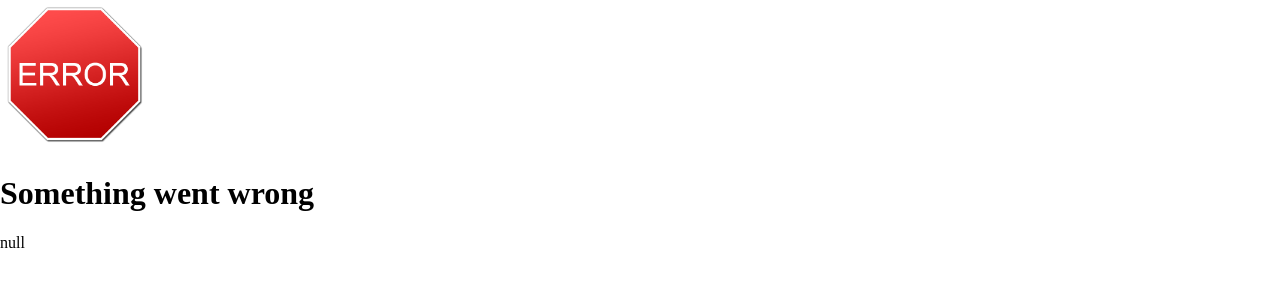
Repository: AhimshaMudbari/JSP_and_Servlet
Page: http://localhost/ExceptionHandlingJSP/Error.jsp
The author's editor kept a copy of each file at every save. The page is drawn from the files as they stood at one save, then again after the next save.
The browser window is 1280 px wide. The pictures show the whole page.
The page is served by Tomcat 9.

Above is the page before, as saved 2022-06-12 07:44:43.

### ExceptionHandlingJSP/src/main/webapp/Error.jsp
<%@ page language="java" contentType="text/html; charset=UTF-8"
    pageEncoding="UTF-8" isErrorPage="true"%>

<!DOCTYPE html>
<html>
<head>
<meta charset="UTF-8">
<title>Insert title here</title>
</head>
<body style="margin: auto;">
<div style="display:"flex">
<img src="err.png" height=150 width=150>
<h1>Something went wrong</h1>
<%= exception %>
</div>
</body>
</html>

After the next save:
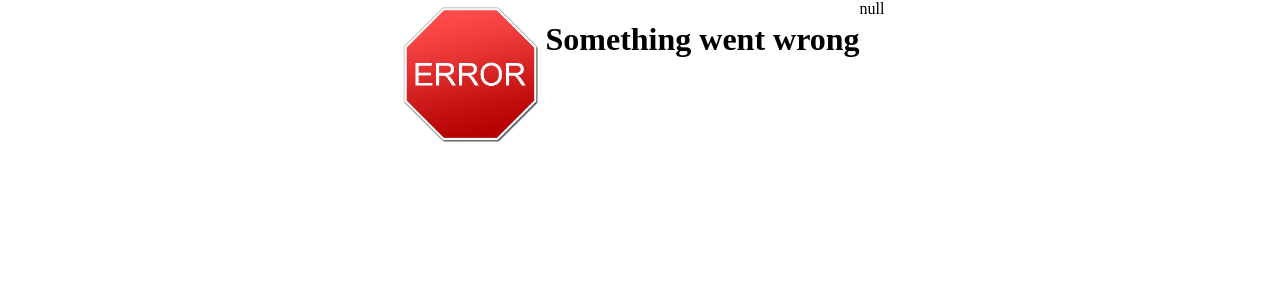
Saved 31 s later.
--- a/ExceptionHandlingJSP/src/main/webapp/Error.jsp
+++ b/ExceptionHandlingJSP/src/main/webapp/Error.jsp
@@ -8,7 +8,7 @@
 <title>Insert title here</title>
 </head>
 <body style="margin: auto;">
-<div style="display:"flex">
+<div style="display:flex; justify-content: center;">
 <img src="err.png" height=150 width=150>
 <h1>Something went wrong</h1>
 <%= exception %>
